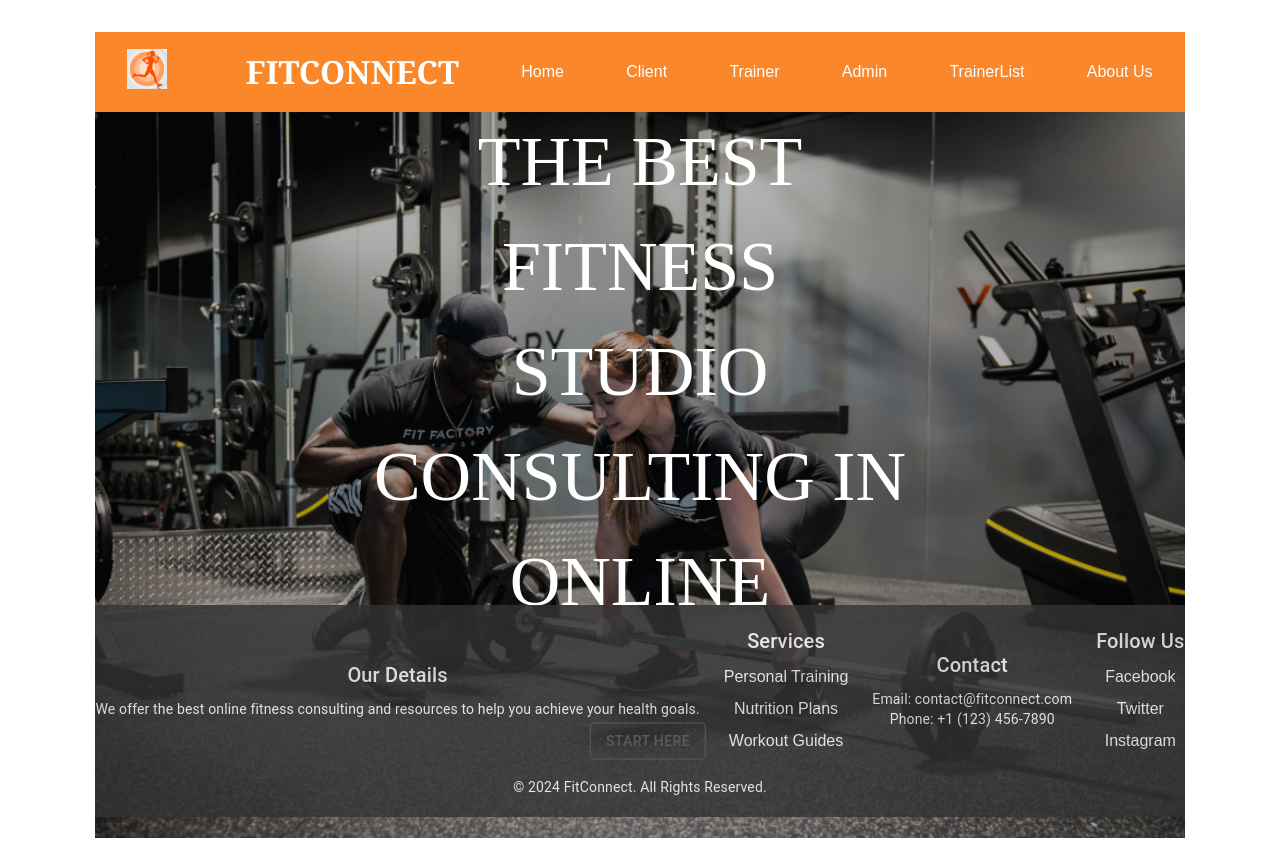
Repository: sarathraj2002/fitconnect
Page: / (app in Frontend/)
These files come from the project's save history. The page is drawn as it stood at one moment and after the next save; the edit follows.
The browser window is 1280 px wide. The pictures show the whole page.
The project was rebuilt for these pictures with package versions that can differ from the ones it lists, and the page was loaded fresh each time. Also part of the build but not shown: Frontend/vite.config.js, Frontend/src/components/ClientPage.jsx, Frontend/src/components/TrainerPage.jsx, Frontend/src/components/AdminPage.css, Frontend/src/components/AdminPage.jsx, Frontend/src/components/TrainerListPage.jsx, Frontend/src/components/AboutUs.jsx, Frontend/src/components/ClientRegister.css and 5 more.

Above is the page before, as saved 2024-11-12 17:47:47.

After the next save:
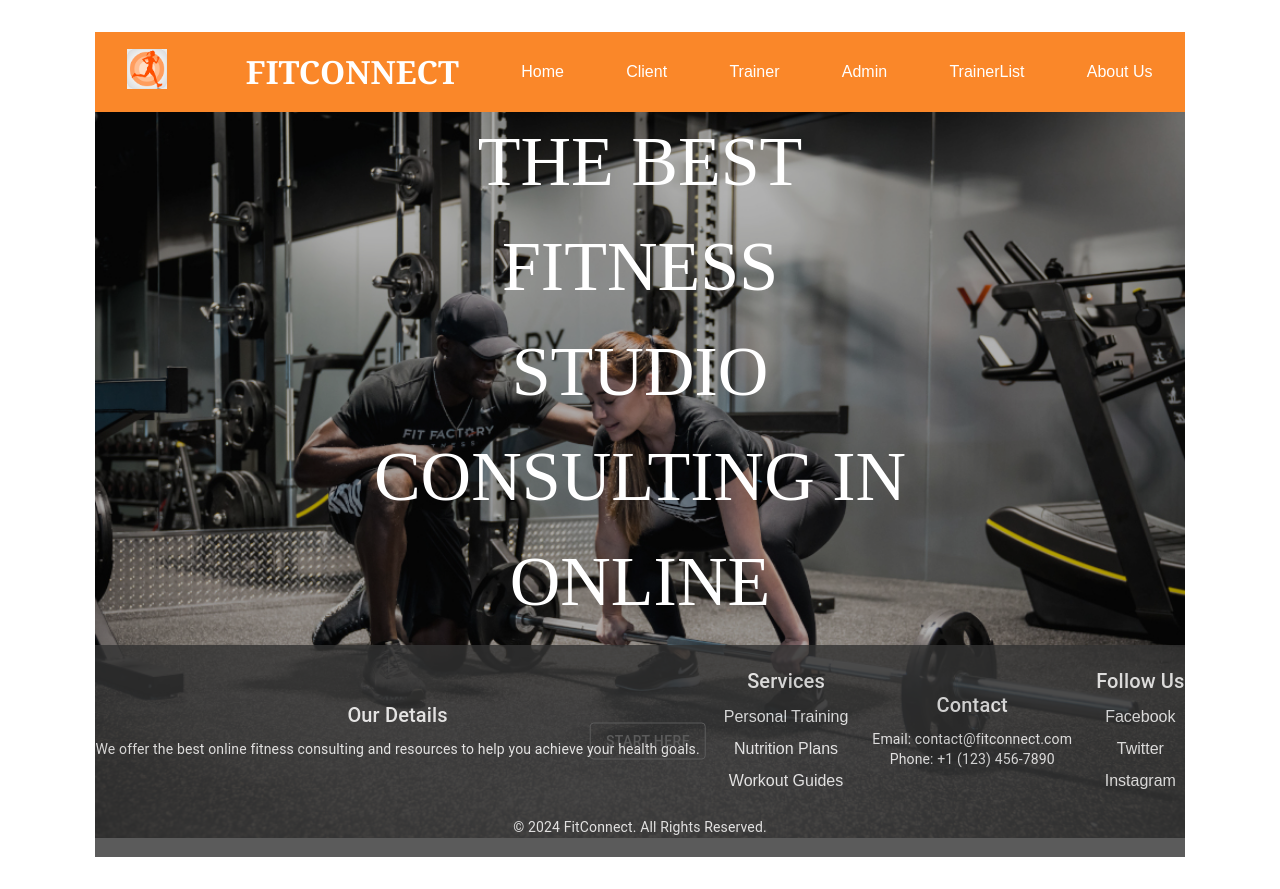
Saved 7 s later.
--- a/Frontend/src/components/Footer.jsx
+++ b/Frontend/src/components/Footer.jsx
@@ -12,7 +12,7 @@ const Footer = () => {
         color: 'white',
         padding: '20px 0',
         textAlign: 'center',
-        mt: -30
+        mt: -25
       }}
     >
       <Stack
